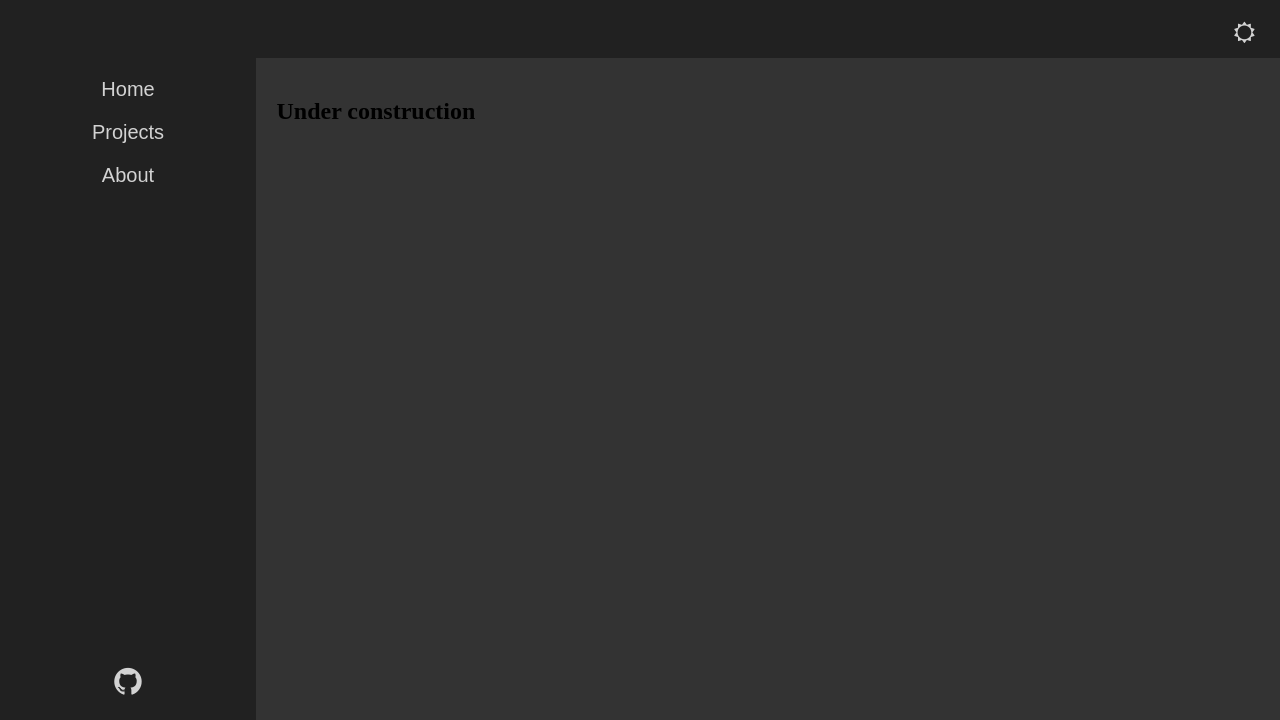
Repository: josephinel6/josephinel6.github.io
Page: index.html
These files come from the project's save history. The page is drawn as it stood at one moment and after the next save; the edit follows.
The browser window is 1280 px wide. The pictures show the whole page.

Above is the page before, as saved 2023-05-25 11:33:29.

After the next save:
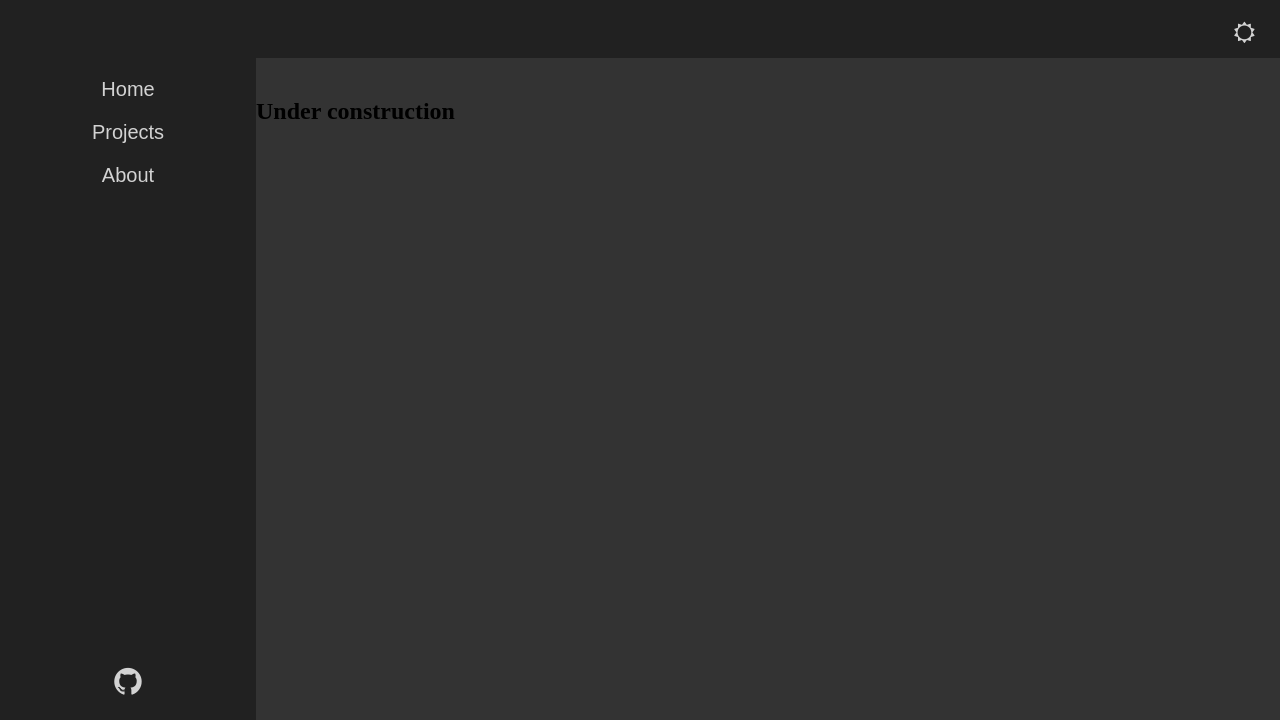
Saved 12 s later.
--- a/index.html
+++ b/index.html
@@ -103,8 +103,8 @@
             /* position: relative; */
             overflow-y: scroll;
             padding-top: 2%;
-            padding-left: 2%;
-            padding-right: 2%;
+            /* padding-left: 2%;
+            padding-right: 2%; */
 
             /* margin-top: 2.5%;
             margin-left: 2.5%; */
@@ -113,7 +113,9 @@
         .projectbutton {
             padding-top: 1px;
             padding-bottom: 1px;
-            width: 97%;
+            width: 100%;
+            margin-left: 2%;
+            margin-right: 2%;
             margin-top: 1%;
             margin-bottom: 1%;
             position: relative;
